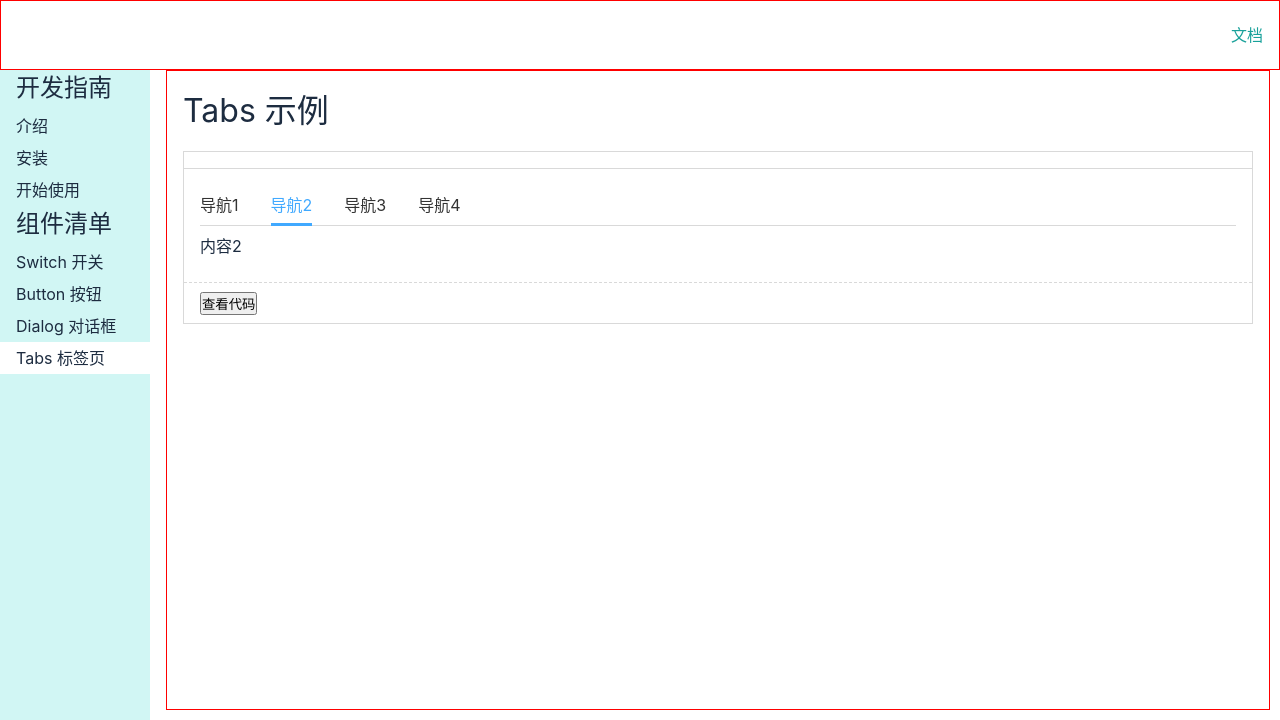
Repository: cnqinglin/vue3-vite-UI
Page: /#/doc/tabs
The author's editor kept a copy of each file at every save. The page is drawn from the files as they stood at one save, then again after the next save.
The browser window is 1280 px wide. The pictures show the whole page.
The project was rebuilt for these pictures with package versions that can differ from the ones it lists, and the page was loaded fresh each time. Also part of the build but not shown: vite.config.ts, src/views/Home.vue, src/components/markdown.vue. Imported but missing from the stored project, and not drawn on this page: src/components/ButtonDemo.vue, src/components/DialogDemo.vue, src/components/SwitchDemo.vue.

Above is the page before, as saved 2022-04-20 07:41:19.

After the next save:
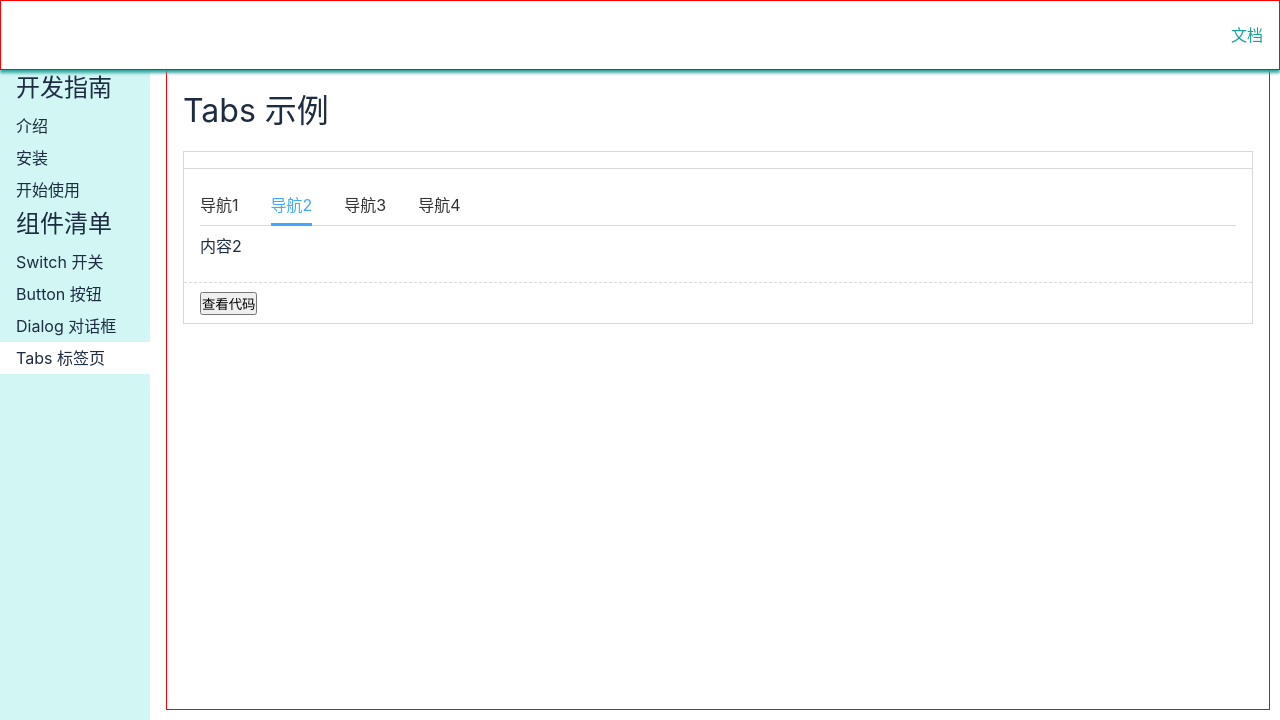
Saved 2 min 32 s later.
--- a/src/components/Topnav.vue
+++ b/src/components/Topnav.vue
@@ -54,7 +54,8 @@
   justify-content: center;
   align-items: center;
   border: 1px solid red;
-  background: rgb(255,255,255);
+  background: #fff;
+  box-shadow: 0 3px 3px #34a7a1;
   > .logo {
     max-width: 6em;
     margin-right: auto;
